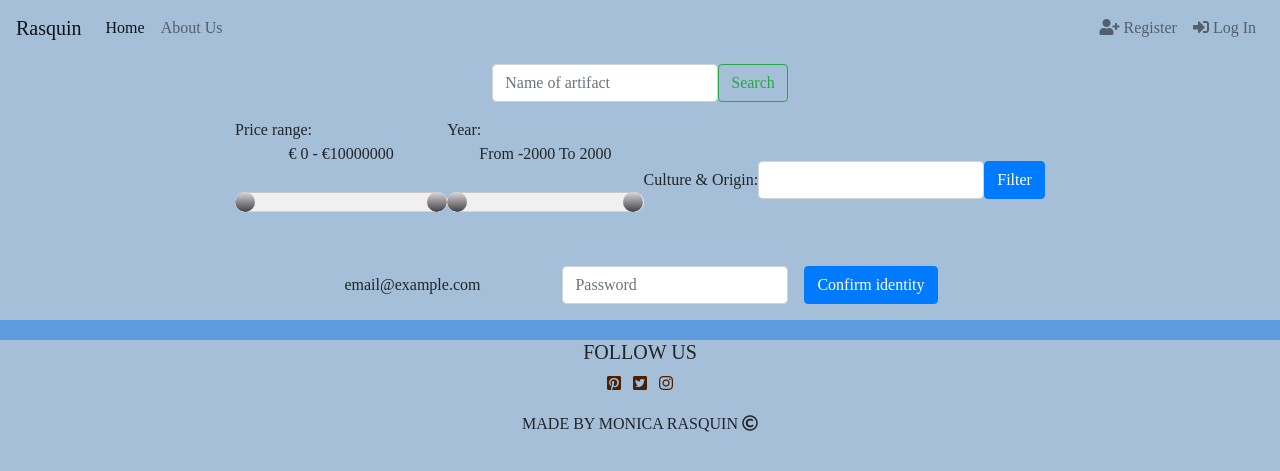
Repository: Rasquin/auction
Page: templates/base.html
The author's editor kept a record of every edit. The page is drawn from the files as they stood at one moment, then again after the next edit.
The browser window is 1280 px wide. The pictures show the whole page.
The template is drawn by Django 2.2. The application's start-up code is not run. The template is opened directly, without the code that normally fills it, so the values that code supplies are empty.

Above is the page before.

After the next edit:
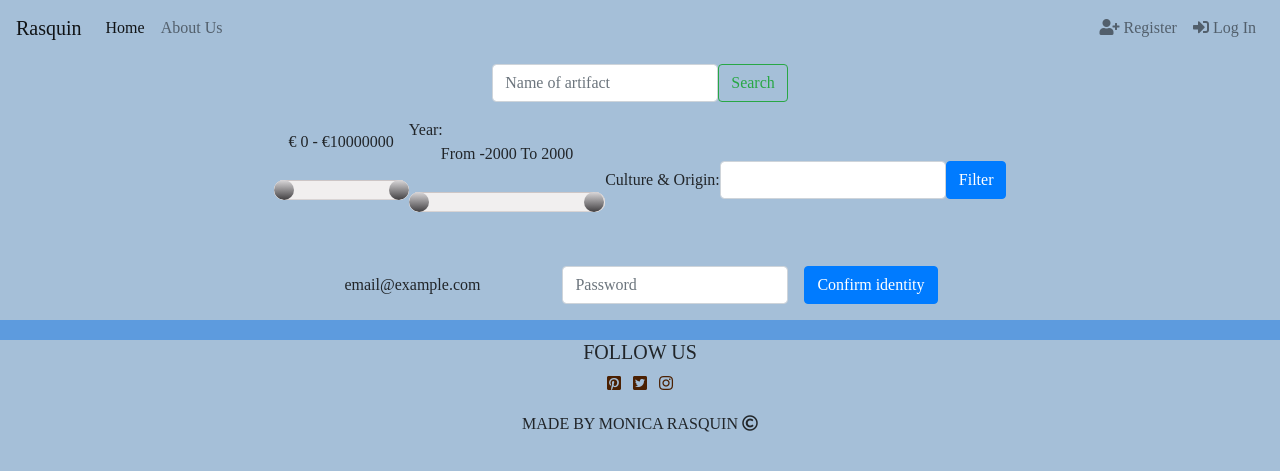
The edit:
--- a/templates/base.html
+++ b/templates/base.html
@@ -92,7 +92,7 @@
             {% csrf_token %}
             <!-- Price Filter -->
             <div class="form-group mb-2" >
-                <label for="amount">Price range:</label>
+                <label for="amount"  class="sr-only">Price range:</label>
 
                 <div class="col-12">
                     <section class="range-slider-price range-slider">

After the 3 edits that followed:
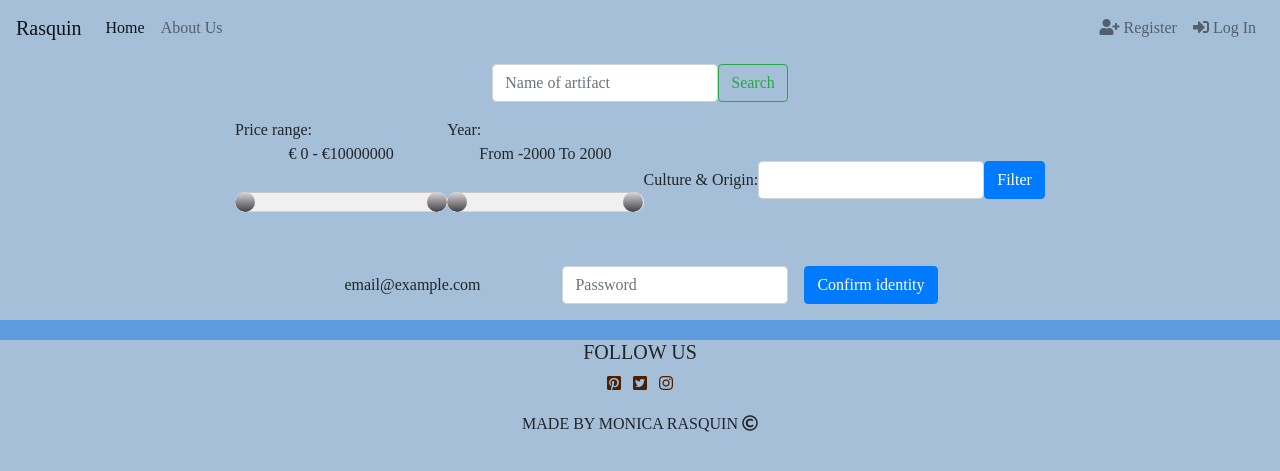
The 3 edits are shown as one change because 2 left the picture as it was.
The edit:
--- a/templates/base.html
+++ b/templates/base.html
@@ -92,7 +92,7 @@
             {% csrf_token %}
             <!-- Price Filter -->
             <div class="form-group mb-2" >
-                <label for="amount"  class="sr-only">Price range:</label>
+                <label for="amount">Price range:</label>
 
                 <div class="col-12">
                     <section class="range-slider-price range-slider">
@@ -121,9 +121,9 @@
                 <input type="text" class="form-control" id="artifact_origin" name="artifact_origin">
             </div>
             <!-- Filter Button -->
-            <div class="form-group mb-2">
-                <button class="btn btn-primary" type="search">Filter</button>
-            </div>
+
+                <button class="btn btn-primary mb-2" type="search">Filter</button>
+
 
         </form>
     </nav>
